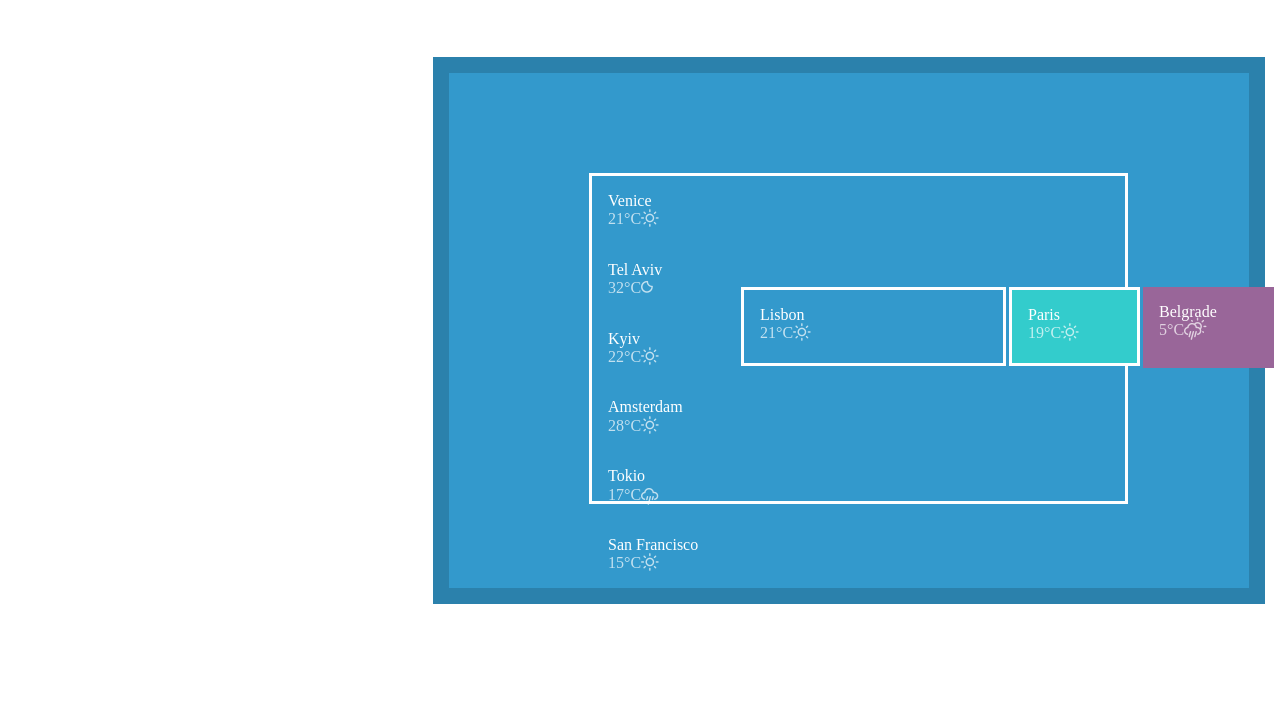
Repository: shpakovskaya/github.io
Page: boxsizing/weatherforecast/index.html
An editor plug-in stored every save of this project. The page is shown before and after the next save, followed by the edit.
The browser window is 1280 px wide. The pictures show the whole page.

Above is the page before, as saved 2021-11-27 22:49:05.

### boxsizing/weatherforecast/index.html
<!DOCTYPE html>
<html lang="en">
  <head>
    <meta charset="UTF-8" />
    <meta http-equiv="X-UA-Compatible" content="IE=edge" />
    <meta name="viewport" content="width=device-width, initial-scale=1.0" />
    <link
      rel="stylesheet"
      href="https://cdnjs.cloudflare.com/ajax/libs/normalize/8.0.1/normalize.min.css"
      integrity="sha512-NhSC1YmyruXifcj/KFRWoC561YpHpc5Jtzgvbuzx5VozKpWvQ+4nXhPdFgmx8xqexRcpAglTj9sIBWINXa8x5w=="
      crossorigin="anonymous"
      referrerpolicy="no-referrer"
    />
    <link
      rel="stylesheet"
      href="./icons/weather-icons-master/css/weather-icons.min.css"
    />
    <link rel="stylesheet" href="./style.css" />

    <link
      rel="shortcut icon"
      href="./premium-icon-satellite-6129641.ico"
      type="image/x-icon"
    />
    <title>Weatherforecast</title>
  </head>
  <body>
    <div class="conteiner">
      <!-- Main content -->
      <div class="items__wrapper">
        <ul class="c-items__wrapper">
          <li class="e-item__1">
            Lisbon <br /><span>21&degC<i class="wi wi-day-sunny"></i></span>
          </li>
          <li class="e-item__2">
            Paris <br /><span>19&degC<i class="wi wi-day-sunny"></i></span>
          </li>
          <li class="e-item__3">
            Belgrade <br /><span>5&degC<i class="wi wi-day-rain"></i></span>
          </li>
          <li class="e-item__4">
            Venice <br /><span>21&degC<i class="wi wi-day-sunny"></i></span>
          </li>
          <li class="e-item__5">
            Tel Aviv <br /><span>32&degC<i class="wi wi-night-clear"></i></span>
          </li>
          <li class="e-item__6">
            Kyiv <br /><span>22&degC<i class="wi wi-day-sunny"></i> </span>
          </li>
          <li class="e-item__7">
            Amsterdam <br /><span>28&degC<i class="wi wi-day-sunny"></i></span>
          </li>
          <li class="e-item__8">
            Tokio <br /><span>17&degC<i class="wi wi-hail"></i></span>
          </li>
          <li class="e-item__9">
            San Francisco <br /><span
              >15&degC<i class="wi wi-day-sunny"></i
            ></span>
          </li>
          <li class="e-item__10">
            Sydney <br /><span>8&degC<i class="wi wi-day-cloudy"></i> </span>
          </li>
          <li class="e-item__11">
            New Delhi <br /><span>8&degC<i class="wi wi-day-sleet"></i></span>
          </li>
        </ul>
      </div>
    </div>
  </body>
</html>

### boxsizing/weatherforecast/style.css
* {
  box-sizing: border-box;
  margin: 0;
  padding: 0;
}

.conteiner {
  width: 832px;
  height: 547px;
  position: relative;
  top: 57px;
  left: 433px;
  border: 16px solid #2b81ac;
  background-color: #3399cc;
}

.items__wrapper {
  position: absolute;
  width: 539px;
  height: 331px;
  left: 140px;
  top: 100px;
  border: 3px solid #ffffff;
  transition: all 0.1s ease-in;
  color: #ffffff;
}

li {
  list-style: none;
  padding: 16px;
}

span {
  opacity: 0.7;
}

.c-items__wrapper {
}
.e-item__1 {
  display: inline-block;
  align-items: center;
  position: absolute;
  width: 265px;
  height: 79px;
  left: 149px;
  top: 111px;
  border: 3px solid #ffffff;
  /* display: inline-flex; */
  /* justify-content: center; */
}

.e-item__2 {
  position: absolute;
  width: 131px;
  height: 79px;
  left: 417px;
  top: 111px;
  border: 3px solid #ffffff;
  background: #33cccc;
}

.e-item__3 {
  position: absolute;
  width: 131px;
  height: 81px;
  left: 551px;
  top: 111px;
  background: #996699;
}

.e-item__4 {
}

Loaded but not shown: boxsizing/weatherforecast/icons/weather-icons-master/css/weather-icons.min.css (library)

After the next save:
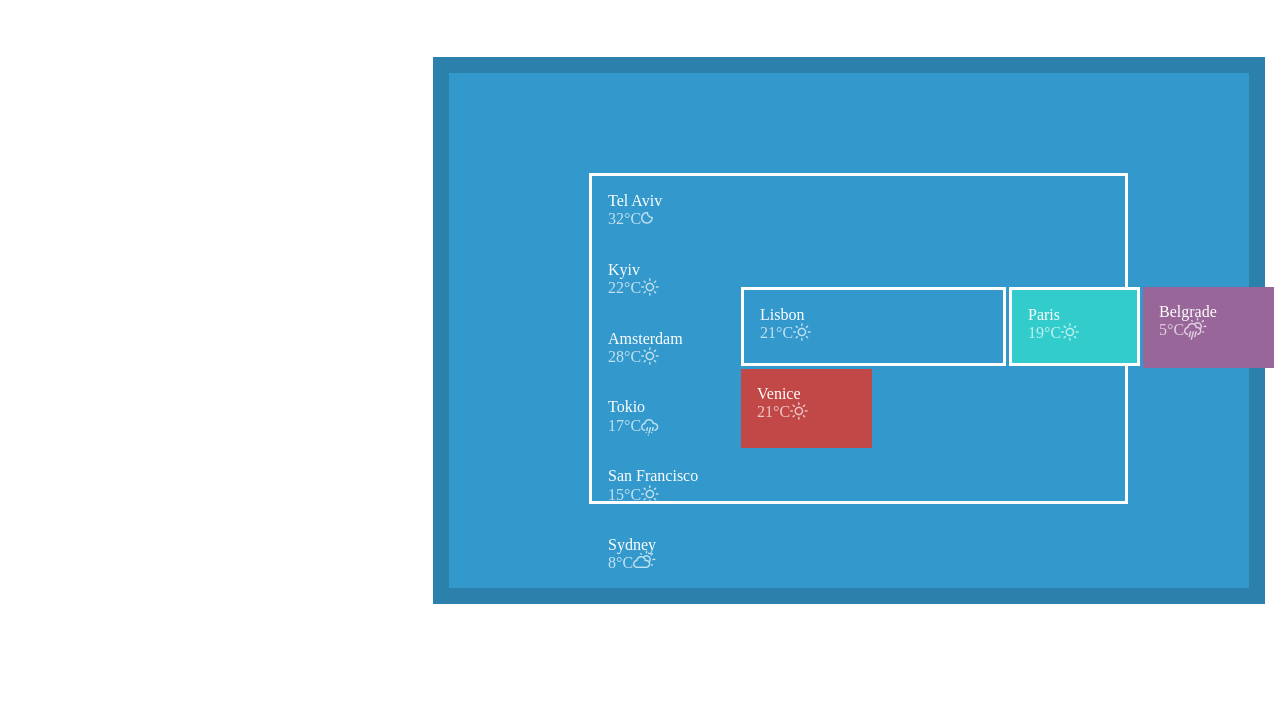
Saved 14 s later.
--- a/boxsizing/weatherforecast/style.css
+++ b/boxsizing/weatherforecast/style.css
@@ -69,4 +69,11 @@ span {
 }
 
 .e-item__4 {
+  position: absolute;
+  width: 131px;
+  height: 79px;
+  left: 149px;
+  top: 193px;
+
+  background: #c24747;
 }
